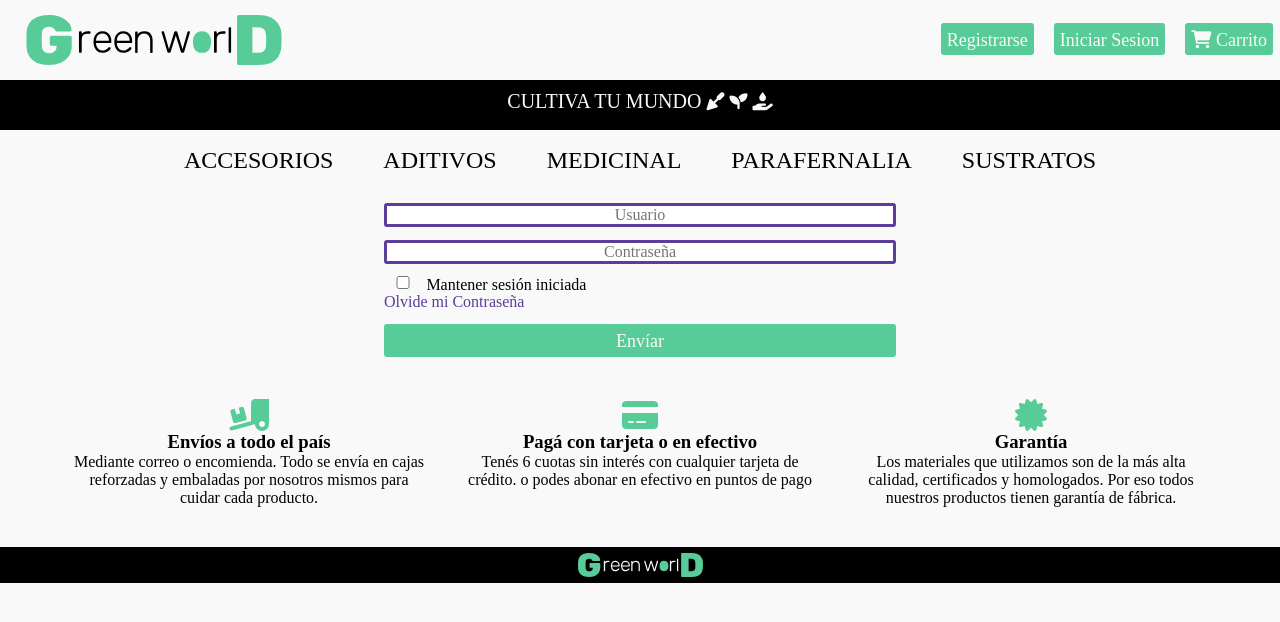
Repository: francoG98/grupo_9_Green_World
Page: source/views/login.html
These files come from the project's save history. The page is drawn as it stood at one moment and after the next save; the edit follows.
The browser window is 1280 px wide. The pictures show the whole page.
Some web fonts or font styles are not loaded; a fallback is used. Some web libraries are served in a nearby version.

Above is the page before, as saved 2022-06-24 23:27:18.

### source/views/login.html
<!DOCTYPE html>
<html lang="en">
<head>
    <meta charset="UTF-8">
    <meta http-equiv="X-UA-Compatible" content="IE=edge">
    <meta name="viewport" content="width=device-width, initial-scale=1.0">
    <title>Green World</title>

    <link rel="preconnect" href="https://fonts.googleapis.com">
<link rel="preconnect" href="https://fonts.gstatic.com" crossorigin>
<link href="https://fonts.googleapis.com/css2?family=Abel&family=Anek+Gujarati:wght@100;200;300;400;500;600;700;800&display=swap" rel="stylesheet">
<link rel="stylesheet" href="https://cdnjs.cloudflare.com/ajax/libs/font-awesome/6.1.1/css/all.min.css" integrity="sha512-KfkfwYDsLkIlwQp6LFnl8zNdLGxu9YAA1QvwINks4PhcElQSvqcyVLLD9aMhXd13uQjoXtEKNosOWaZqXgel0g==" crossorigin="anonymous" referrerpolicy="no-referrer" />
<link rel="stylesheet" href="/css/main-login.css">
<link rel="stylesheet" href="/css/header.css">
<link rel="stylesheet" href="/css/footer.css">

</head>
<body>
    <header>
        <div class="header-top-bar">
            <figure>
                <a href="/"><img src="/assets/logo-edu.svg" alt="Logo Green World" class="header-logo"></a>
            </figure>
            <div class="chart-burger">
                <a href="/chart" >
                    <i class="fa-solid fa-basket-shopping"></i>
                </a>
                <a href="" >
                    <i class="fas fa-bars"></i>
                </a>
            </div>
            <nav class="header-top-nav-bar">
                <ul>
                    <li><a href="/register">Registrarse</a> </li>
                    <li><a href="/login">Iniciar Sesion</a></li>
                    <li><a href="/chart"><i class="fa-solid fa-cart-shopping"></i>  Carrito</a></li>
                </ul>
            </nav>
        </div>
        <h2>CULTIVA TU MUNDO   <i id="pala" class="fa-solid fa-trowel"></i>    <i id="planta" class="fa-solid fa-seedling"></i>    <i id="agua" class="fa-solid fa-hand-holding-droplet"></i></h2>



        <nav class="header-bottom-nav-bar">
            <ul>
                <li ><a href="/accesorios">ACCESORIOS</a></li>
                <li ><a href="/aditivos">ADITIVOS</a></li>
                <li ><a href="/medicinal">MEDICINAL</a></li>
                <li ><a href="/parafernalia">PARAFERNALIA</a></li>
                <li ><a href="/sustratos">SUSTRATOS</a></li>
            </ul>
        </nav>
    </header>
    <main>
           <form method="post" action="">
            <p>
                <input type="text" name="usuario" placeholder="Usuario" required>
            </p>
            <p>
                <input type='password' name='password' placeholder='Contraseña' required>
            </p>
            <p>
                <input type='checkbox' name='mantener-sesion'> Mantener sesión iniciada </input>
            </p>
            <p><a href="" class="recuperar-contraseña"> Olvide mi Contraseña </a></p>
            <a href="./home.html"><button type="submit" name="registrar"> Envíar </button></a>
           </form>
    </main>
    <footer>
        <div class="footer-top-bar">
            <section>
                <i class="fa-solid fa-truck-ramp-box"></i>
                <h3>Envíos a todo el país</h3>
                <p>Mediante correo o encomienda. Todo se envía en cajas reforzadas y embaladas por nosotros mismos para cuidar cada producto.</p>
            </section>
            <section>
                <i class="fa-solid fa-credit-card"></i>
                <h3>Pagá con tarjeta o en efectivo</h3>
                <p>Tenés 6 cuotas sin interés con cualquier tarjeta de crédito. o podes abonar en efectivo en
                    puntos de pago</p>
            </section>
            <section>
                <i class="fa-solid fa-certificate"></i>
                <h3>Garantía</h3>
                <p>Los materiales que utilizamos son de la más alta calidad, certificados y homologados. Por eso todos nuestros productos tienen garantía de fábrica.</p>
            </section>
        </div>
        <div class="footer-bottom-bar">
            <a href="/"><img src="/assets/logo-blanco-57cc99.svg" alt="Logo Green World" class="header-logo"></a>


        </div>
    </footer>

</body>
</html>

### public/css/main-login.css
*{
    margin: 0px;
    padding: 0px;
    box-sizing: border-box;
    font-family: "Anek Gujarati";
    }
a button{
    text-decoration: none;
    font-size: 18px;
    color:#f9f9f9;
    background-color:#57CC99;
    Width: 40%;
    padding:7px 6px 5px 6px;
    border: none;
    transition: opacity 200ms;
    justify-content: center;
    text-align: center;
    margin-left: 30%;
    margin-top: 1%;
    margin-bottom: 1%;
    border-radius: 3px;
}
a button:hover{

    opacity: 0.7

}
input{
    margin-left: 30%;
    margin-top: 1%;
    border: 3px solid #5c3d99;
    width: 40%;
    text-align: center;
    font-size: 16px;
    border-radius: 3px;
}
.recuperar-contraseña{
    text-decoration: none;
    font-size: 16px;
    color: #5c3d99;
    margin-top: 1%;
    margin-left: 30%;
    transition: all 500ms;
}
.recuperar-contraseña:hover{
    background-color: #5c3d99;
    color: #57CC99;
    border-radius: 3px;
}
input[type="checkbox"]{
    color: #5c3d99;
    Width: 3%;
    align-items: center;

}

### public/css/header.css
*{
    margin: 0px;
    padding: 0px;
    box-sizing: border-box;
    font-family: "Anek Gujarati";
    }
header{
    height:72px
}
.header-top-bar{
    display: flex;
    flex-wrap: wrap;
    /*
    background-color: #af95e2;*/
    background-color: #f9f9f9;
    align-items: center;
    justify-content: space-between;
    height: 40px;
    width:100vw;

}
.header-top-bar figure{
    width: 220px;
    height: 32px;;
    margin: 4px;

}
.header-logo{
    width: 100%;
    height:32px;


}
header h2{
    width: 100%;
    text-align: center;
    font-weight: normal;;
    background-color:black;
    color: #f9f9f9;;
    font-size: 18px;
    height:32px;;
    padding-top:6px


}

nav.header-top-nav-bar{
    width: 100%;
    order:3;
}

div.chart-burger{
    display: flex;
    justify-content: flex-end;
    align-items: center;
    gap: 5px;
    margin: 4px 10px;

}
div.chart-burger a{
    text-align:center;
    color:#f9f9f9;;
    /*
    background-color: #3e0b5e;*/
    background-color: #57CC99;
    box-sizing: border-box;
    height:32px;
    font-size: 18px;
    width: 32px;
    padding-top:4.4px;
    border-radius: 3px

}


nav.header-top-nav-bar ul{
    list-style: none;
    margin: 0 ;
    padding: 0;
    display: none;
    justify-content: space-between;
    flex-wrap: wrap;
}
nav.header-top-nav-bar ul li{
    width: 50%
}


.header-bottom-nav-bar ul{
    list-style: none;
    margin: 0 ;
    padding: 0;
    display: none

}

@media(min-width:768px){
    .header-top-nav-bar{
        display: none;
        order: 2;
        width: 100vw
    }

}
@media(min-width:1024px){
    body{background-color: #f9f9f9;

    }
    header{
        background-color: #f9f9f9;
        height: auto

    }
    .header-top-bar{
        display: flex;
        flex-wrap: wrap;
        background-color: #f9f9f9;
        align-items: center;
        justify-content: space-between;
        height: 80px;
        width:100vw;
        max-width: 1400px;
        margin:auto
    }
    .header-top-bar figure{
        width: 300px;
        height: 50px

    }
    .header-logo{
        height:100%;
    }

    nav.header-top-nav-bar{
        height:40px;
        align-items: center;
        display:flex;
        justify-content: flex-end;
        width:auto
    }

    div.chart-burger{
        display: none;
        order:5;
        width: 100%
    }
    nav.header-top-nav-bar ul{
        list-style: none;
        padding: 0;
        display: flex;
        justify-content: flex-end;
        align-items: center;
        flex-wrap: wrap;
        gap: 20px;
        text-decoration: none;
        margin:7px;
        order:3
    }
    nav.header-top-nav-bar ul li {
        width: auto;
    }
    nav.header-top-nav-bar ul li a{
        text-decoration: none;
        font-size: 18px;
        color:#f9f9f9;
        background-color:#57CC99;
        padding:7px 6px 5px 6px;
        border-radius:3px;
        transition: opacity 200ms
    }

    nav.header-top-nav-bar ul li a:hover{
        opacity: 0.7
    }
    header h2{
        width: 100%;
        height: 50px;
        padding-top: 10px;
        font-weight: normal;
        background-color:black;
        color: #f9f9f9;
        font-size: 20px;

    }
    #pala{
        transition: color 500ms, font-size 500ms
    }
    #pala:hover{
        color:#f65a5a;
        font-size: 40px
    }
    #planta{
        transition: color 500ms, font-size 500ms
    }
    #planta:hover{
        color:#80ed99;
        font-size: 40px
    }
    #agua{
        transition: color 500ms, font-size 500ms
    }
    #agua:hover{
        color:#90c0e0;
        font-size: 40px
    }


    .header-bottom-nav-bar ul{

        display: flex;
        justify-content: center;
        align-items: center;
        gap: 50px;
        height: 60px
    }
    .header-bottom-nav-bar ul a{
        text-decoration: none;
        font-size: 24px;
        color: black;

        transition: font-size 200ms
    }
    .header-bottom-nav-bar ul a:hover{
        font-size:30px;
        font-weight: 500;
        color: #57CC99
    }
}

### public/css/footer.css
footer{
    background-color:#f9f9f9

}
.footer-top-bar{
    display:flex;
    flex-wrap:wrap
}
.footer-top-bar section{
    width:100%;
    text-align: center;
    padding:10px
}

.footer-top-bar section i{
    color:#57CC99;
    font-size: 2em;
    line-height:10px;
    margin: auto;
    }
.footer-top-bar section h3{
font-weight:700
}
.footer-top-bar section p{
    font-family:"Abel"
}
.footer-bottom-bar{
    background-color:black;

}
.footer-bottom-bar a{
    display: flex;
    justify-content: center;
    align-content: center;
    padding:6px
}
.footer-bottom-bar a img{
    max-width:125px
}

@media(min-width:768px){
    .footer-top-bar{
        display:flex;
        justify-content: center;
        gap: 10px;
        padding: 30px 5px
    }
    .footer-top-bar section{
        width: 30%
    }


}

After the next save:
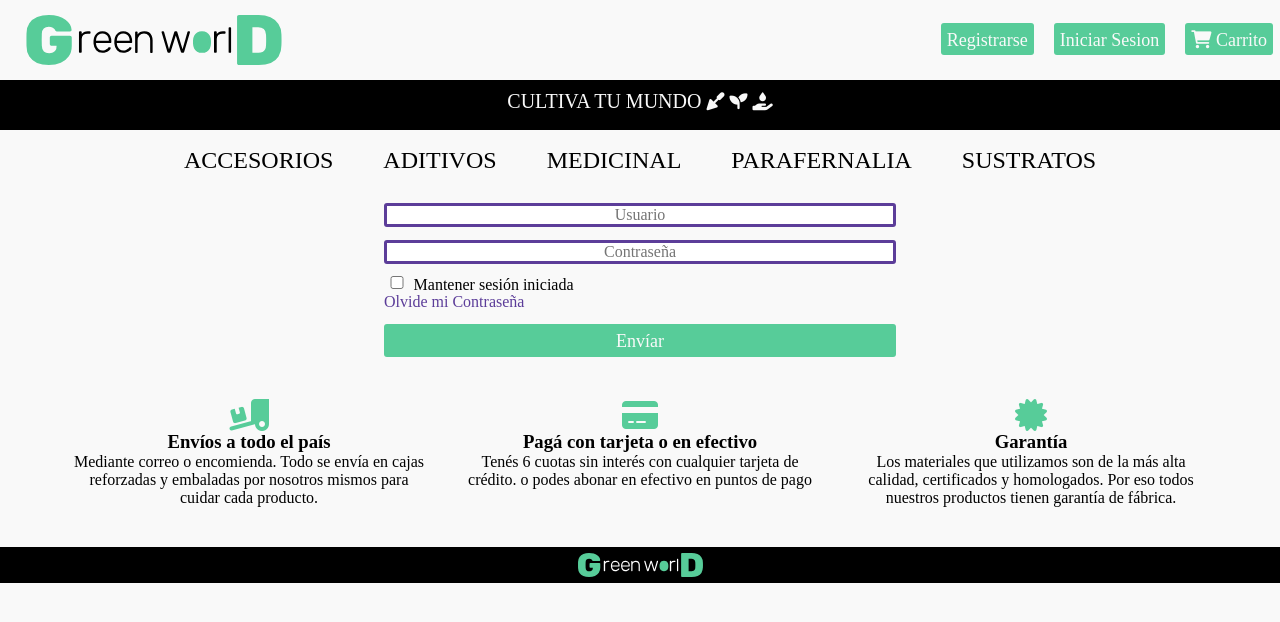
Saved 7 s later.
--- a/public/css/main-login.css
+++ b/public/css/main-login.css
@@ -49,7 +49,7 @@ input{
 }
 input[type="checkbox"]{
     color: #5c3d99;
-    Width: 3%;
+    Width: 2%;
     align-items: center;
 
 }
